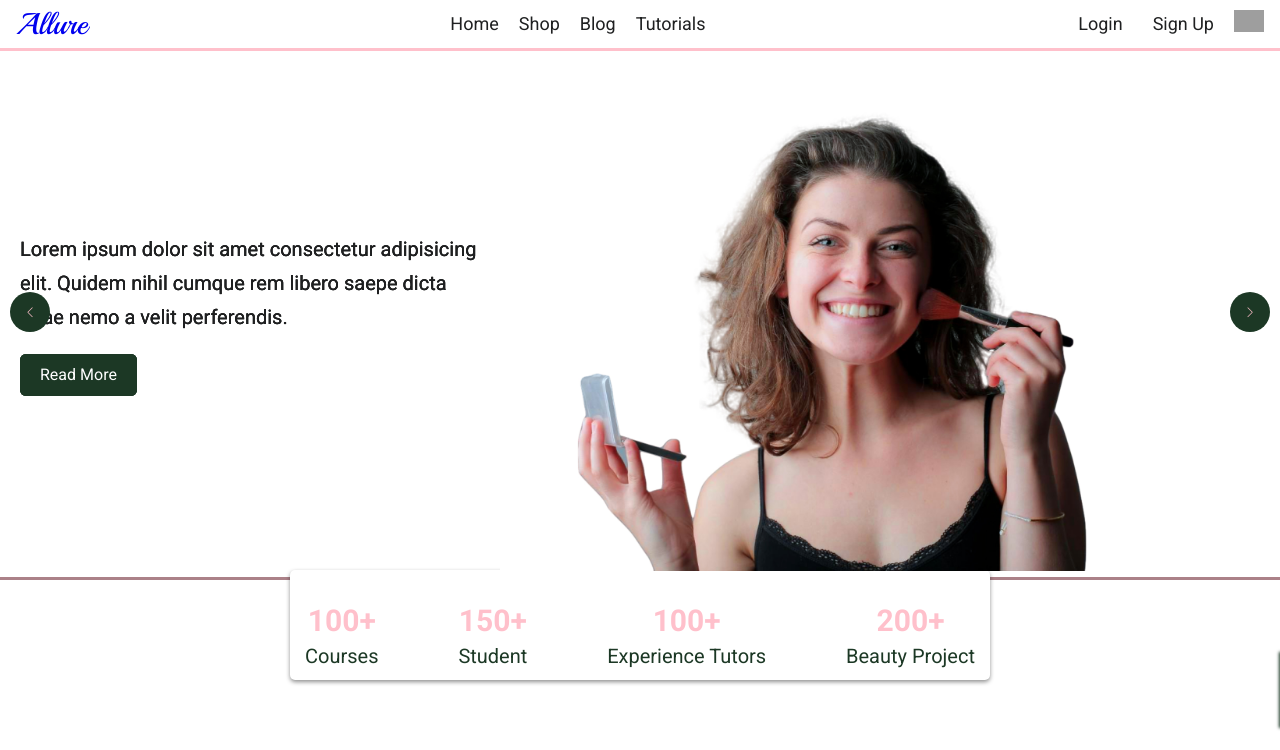
Repository: Benedict-Anthony/Allure-E-commerce-React-Js
Page: /
An editor plug-in stored every save of this project. The page is shown before and after the next save, followed by the edit.
The browser window is 1280 px wide. The pictures show the whole page.
Pictures or frames that could not be fetched are drawn as grey boxes. The page's requests for data from a server got no answer. The project was rebuilt for these pictures with package versions that can differ from the ones it lists, and the page was loaded fresh each time. No one was signed in, and anything a server would have sent is missing. Also part of the build but not shown: src/App.css, src/css/courses.css, src/css/button.css, src/shared/Button.tsx, src/shared/Course.tsx, src/shared/Product.tsx, src/pages/Shop.tsx, src/pages/Tutorials.tsx and 17 more.

Above is the page before, as saved 2023-01-28 03:35:04.

After the next save:
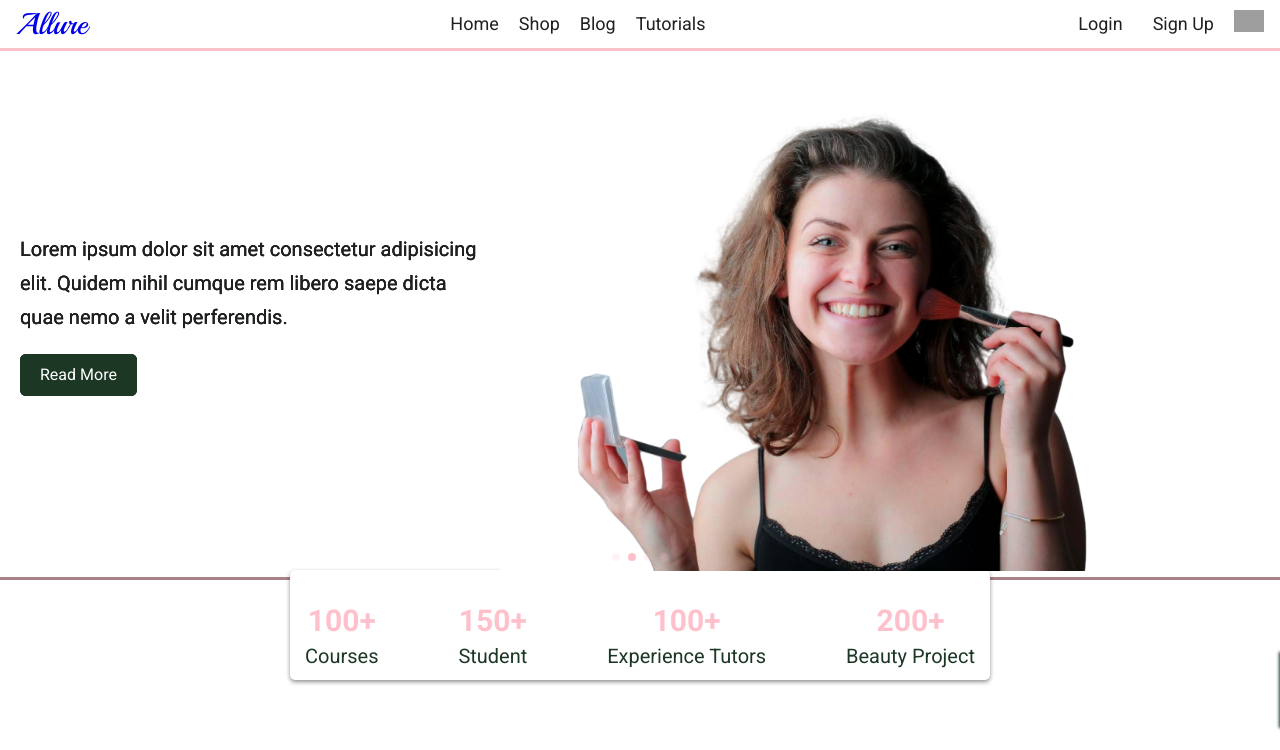
Saved 7 min 2 s later.
--- a/src/components/Landing.tsx
+++ b/src/components/Landing.tsx
@@ -34,7 +34,10 @@
                     }}
                     spaceBetween={30}
                     effect={"fade"}
-                    navigation={true}
+                    // navigation={true}
+                    pagination={{
+                        clickable: true,
+                    }}
                     modules={[EffectFade, Navigation, Pagination, Autoplay]}
                     className="mySwiper">
                     {landing.map((item, index) => (
